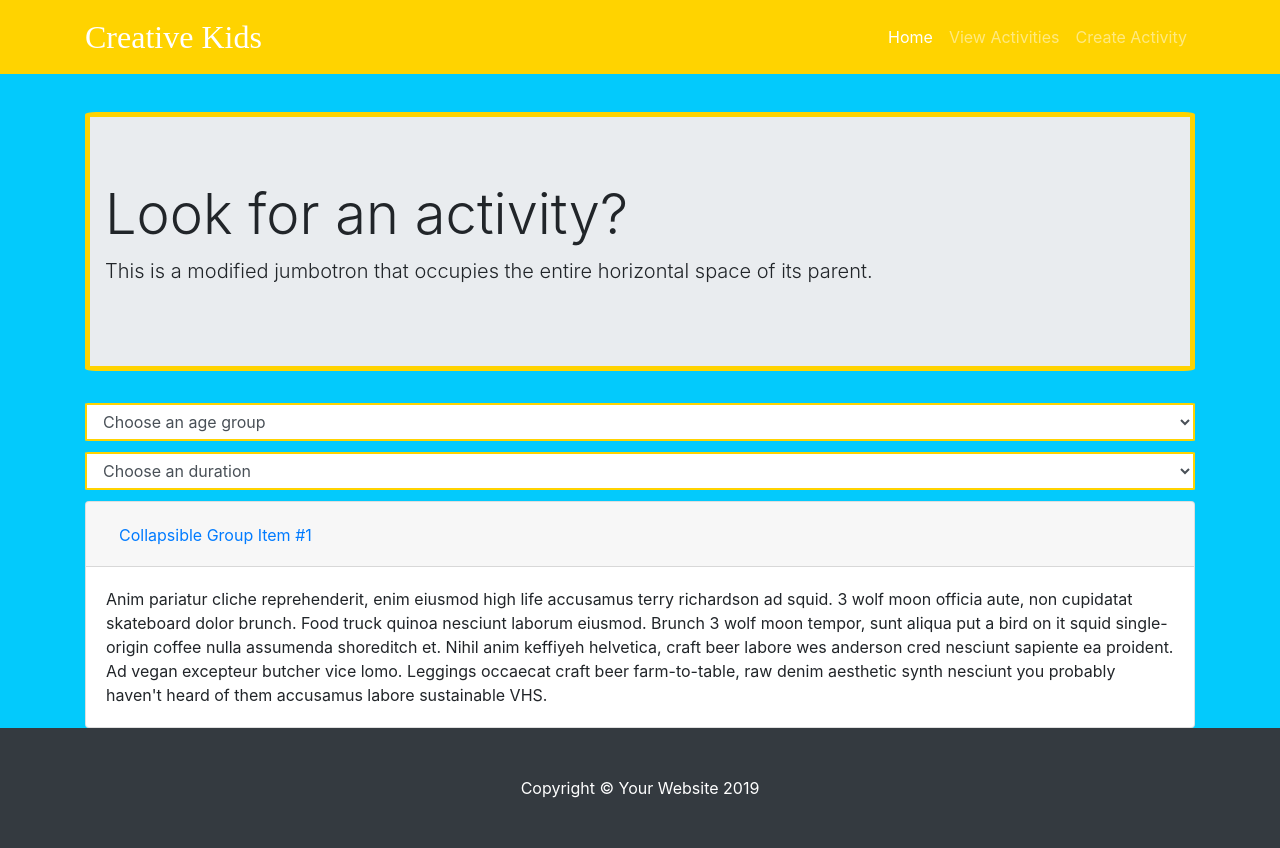
Repository: Neilfoster/milestone_project_3
Page: http://localhost/activity_view
The author's editor kept a record of every edit. The page is drawn from the files as they stood at one moment, then again after the next edit.
The browser window is 1280 px wide. The pictures show the whole page.
Some web fonts or font styles are not loaded; a fallback is used. Some web libraries are served in a nearby version. The page is served by the project's application, run on Flask 3 (app.py). Queries for data that is not in the repository find no rows.

Above is the page before.

After the next edit:
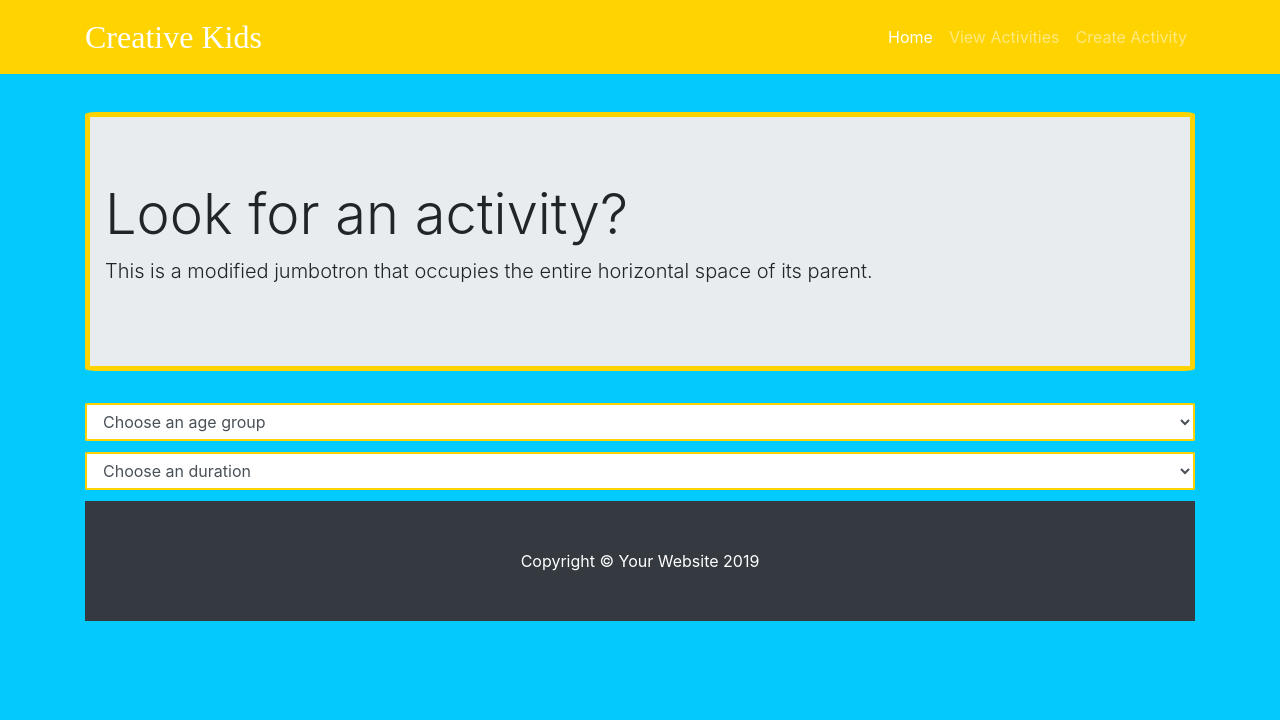
The edit:
--- a/templates/activity_view.html
+++ b/templates/activity_view.html
@@ -63,7 +63,7 @@
 
 
 
-        <div class="card">
+        <!--<div class="card">
             <div class="card-header" id="headingOne">
                 <h2 class="mb-0">
                     <button class="btn btn-link" type="button" data-toggle="collapse" data-target="#collapseOne" aria-expanded="true" aria-controls="collapseOne">
